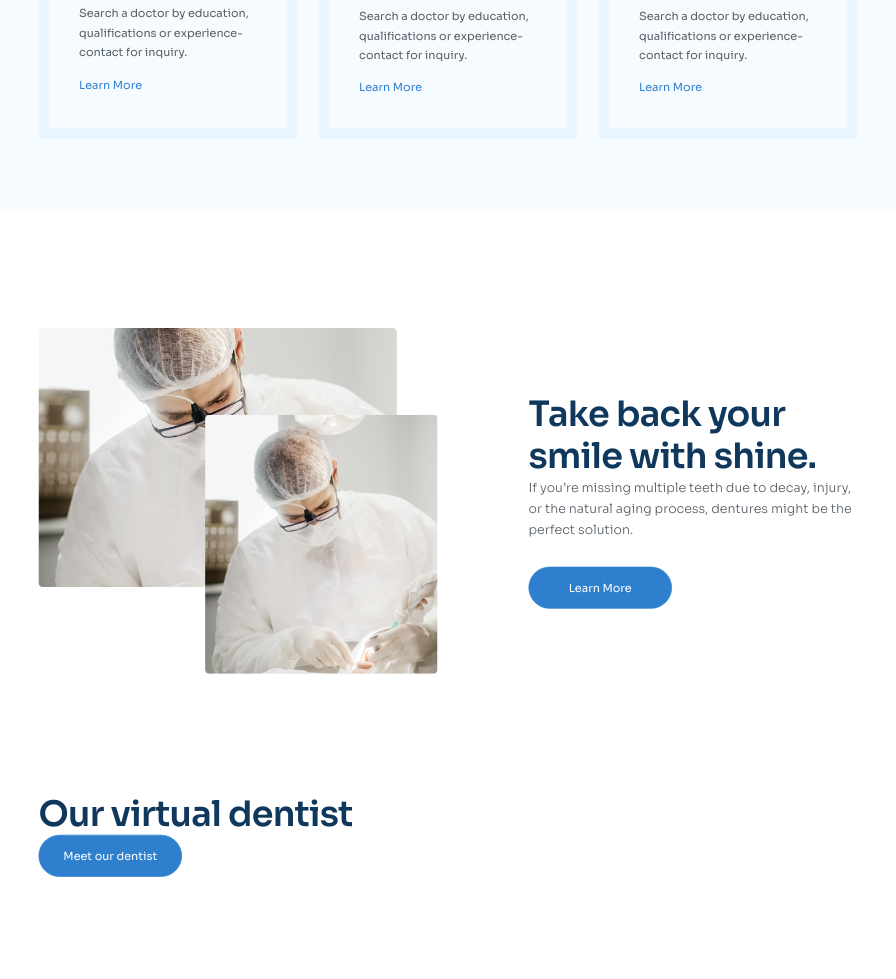
Repository: Tran-Dat/F8_Project_03
Page: index.html
An editor plug-in stored every save of this project. The page is shown before and after the next save, followed by the edit.
The browser window is 1280 px wide. The pictures show the part of the page from y = 2402 to 4322 px (the page is 3800 px tall before and 4322 px after), at 70% of full size.

Above is the page before, as saved 2023-04-03 16:33:42.

After the next save:
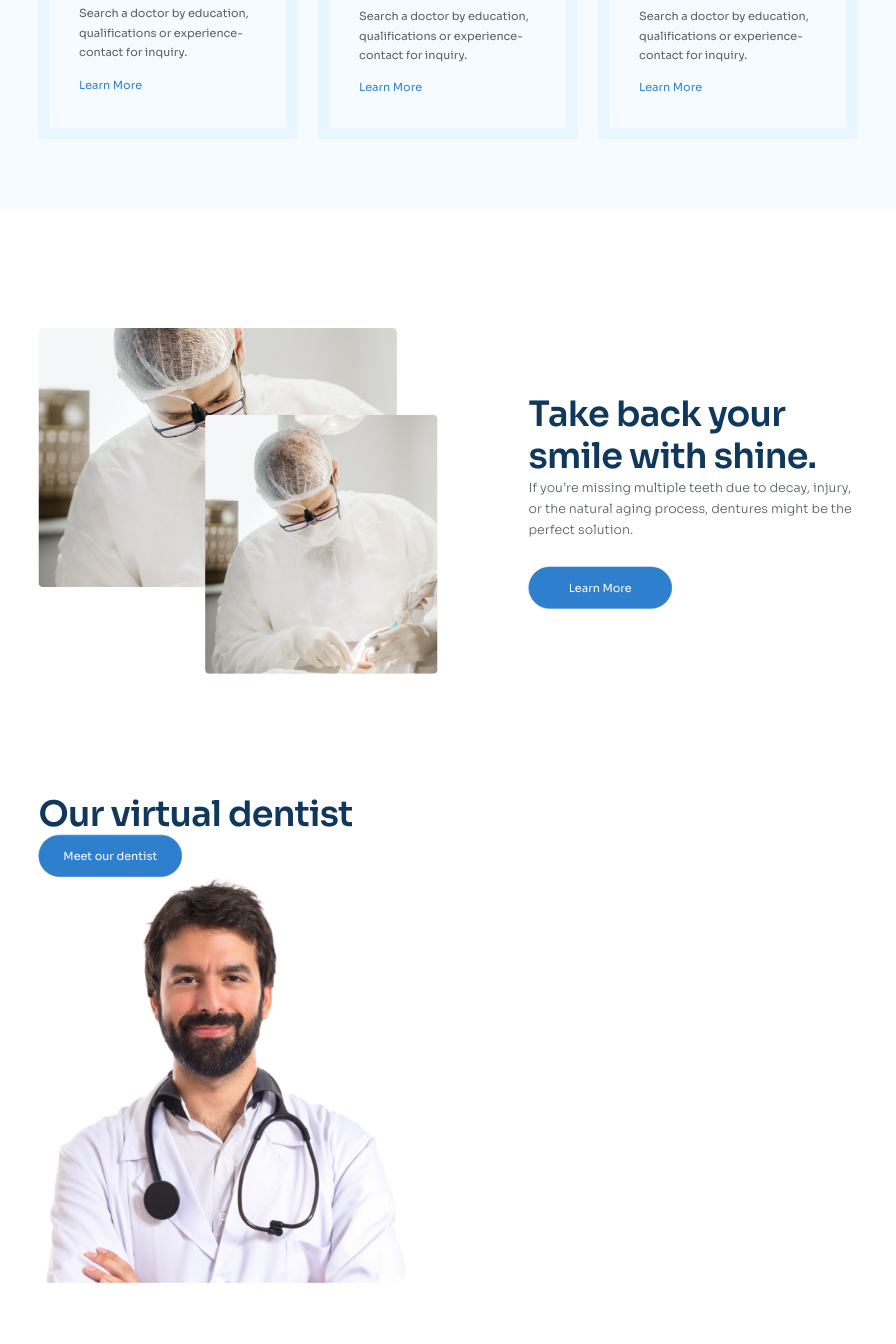
Saved 5 min 31 s later.
--- a/index.html
+++ b/index.html
@@ -397,7 +397,20 @@
             <section class="member">
                 <div class="container">
                     <h2 class="section-heading">Our virtual dentist</h2>
-                    <a href="#!" class="btn">Meet our dentist</a>
+                    <a href="#!" class="btn member__cta">Meet our dentist</a>
+
+                    <div class="member__list">
+                        <!-- card -->
+                        <article class="member-item">
+                            <div class="member-item__img-bg">
+                                <img
+                                    src="./assets/img/doctor-1.png"
+                                    alt="Dr. Essence Page"
+                                    class="member-item__thumb"
+                                />
+                            </div>
+                        </article>
+                    </div>
                 </div>
             </section>
         </main>
